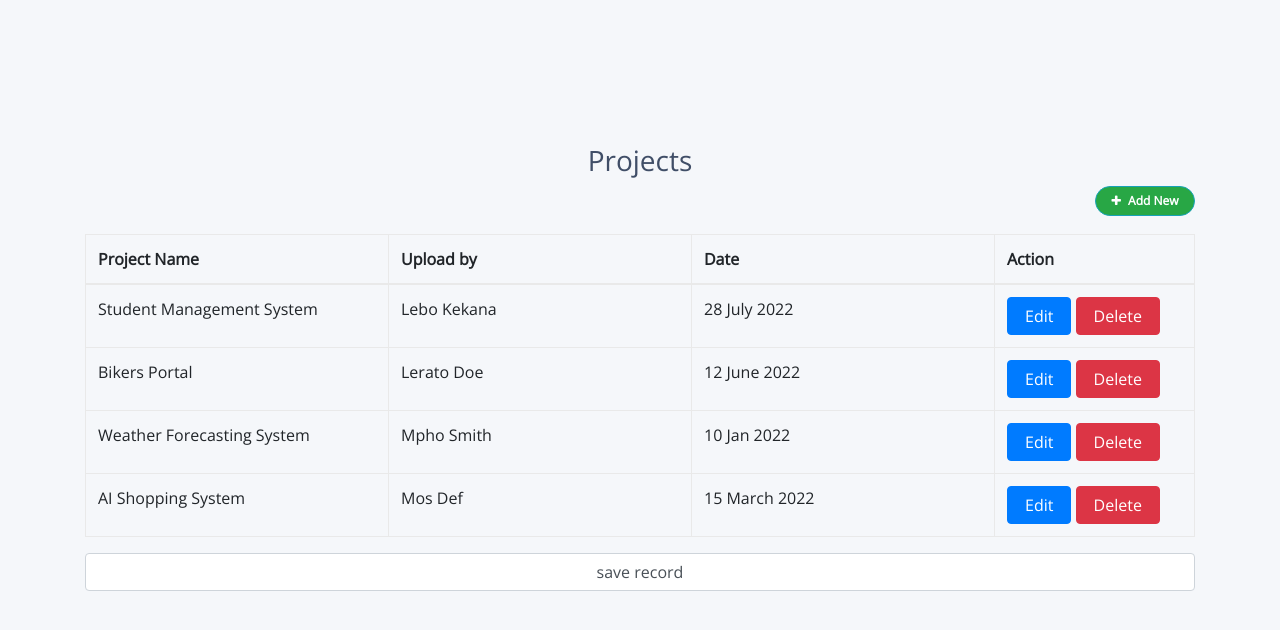
Repository: nkululeko-ndovela/Django_App
Page: Project/templates/index.html
An editor plug-in stored every save of this project. The page is shown before and after a run of saves, followed by the edit.
The browser window is 1280 px wide. The pictures show the whole page.
Some web fonts or font styles are not loaded; a fallback is used. The template is drawn by Django 3.2. The application's start-up code is not run. Other server files are loaded and not shown. The template is opened directly, without the code that normally fills it, so the values that code supplies are empty.

Above is the page before, as saved 2021-10-20 08:49:47.

### Project/templates/index.html
<!DOCTYPE html>
<html lang="en">
<head>
<meta charset="utf-8">
<meta name="viewport" content="width=device-width, initial-scale=1, shrink-to-fit=no">
<title>Projects</title>
<link rel="stylesheet" href="https://fonts.googleapis.com/css?family=Roboto|Varela+Round|Open+Sans">
<link rel="stylesheet" href="https://stackpath.bootstrapcdn.com/bootstrap/4.5.0/css/bootstrap.min.css">
<link rel="stylesheet" href="https://fonts.googleapis.com/icon?family=Material+Icons">
<link rel="stylesheet" href="https://maxcdn.bootstrapcdn.com/font-awesome/4.7.0/css/font-awesome.min.css">
<script src="https://code.jquery.com/jquery-3.5.1.min.js"></script>
<script src="https://cdn.jsdelivr.net/npm/popper.js@1.16.0/dist/umd/popper.min.js"></script>
<script src="https://stackpath.bootstrapcdn.com/bootstrap/4.5.0/js/bootstrap.min.js"></script>
<style>
body {
    color: #404E67;
    background: #F5F7FA;
    font-family: 'Open Sans', sans-serif;
}
h3 {
    text-align: center;
}

.table-title {
    padding-bottom: 10px;
    margin: 0 0 10px;
}
.table-title h2 {
    margin: 6px 0 0;
    font-size: 22px;
}
.table-title .add-new {
    float: right;
    height: 30px;
    font-weight: bold;
    font-size: 12px;
    text-shadow: none;
    min-width: 100px;
    border-radius: 50px;
    line-height: 13px;
}
.table-title .add-new i {
    margin-right: 4px;
}
table.table {
    table-layout: fixed;
}
table.table tr th, table.table tr td {
    border-color: #e9e9e9;
}
table.table th i {
    font-size: 13px;
    margin: 0 5px;
    cursor: pointer;
}
table.table th:last-child {
    width: 200px;
}
table.table td a {
    cursor: pointer;
    display: inline-block;
    margin: 0 5px;
    min-width: 16px;
}
table.table td a.add {
    color: #00ff73;
}
table.table td a.edit {
    color: #ffffff;
}
table.table td a.delete {
    color: #ffffff;
}
table.table td i {
    font-size: 16px;
}
table.table td a.add i {
    font-size: 24px;
    margin-right: -1px;
    position: relative;
    top: 3px;
}
table.table .form-control {
    height: 32px;
    line-height: 32px;
    box-shadow: none;
    border-radius: 2px;
}
table.table .form-control.error {
    border-color: #f50000;
}
table.table td .add {
    display: none;
}
</style>
<script>
$(document).ready(function(){
	$('[data-toggle="tooltip"]').tooltip();
	var actions = $("table td:last-child").html();

    $(".add-new").click(function(){
		$(this).attr("disabled", "disabled");
		var index = $("table tbody tr:last-child").index();
        var row = '<tr>' +
            '<td><input type="text" class="form-control" name="Project_Name" id="Project_Name"></td>' +
            '<td><input type="text" class="form-control" name="Upload_By" id="Upload_By"></td>' +
            '<td><input type="text" class="form-control" name="dated" id="dated"></td>' +
			'<td>' + actions + '</td>' +
        '</tr>';
    	$("table").append(row);
		$("table tbody tr").eq(index + 1).find(".add, .edit").toggle();
        $('[data-toggle="tooltip"]').tooltip();
    });
	$(document).on("click", ".add", function(){
		var empty = false;
		var input = $(this).parents("tr").find('input[type="text"]');
        input.each(function(){
			if(!$(this).val()){
				$(this).addClass("error");
				empty = true;
			} else{
                $(this).removeClass("error");
            }
		});
		$(this).parents("tr").find(".error").first().focus();
		if(!empty){
			input.each(function(){
				$(this).parent("td").html($(this).val());
			});
			$(this).parents("tr").find(".add, .edit").toggle();
			$(".add-new").removeAttr("disabled");
		}
    });

	$(document).on("click", ".edit", function(){
        $(this).parents("tr").find("td:not(:last-child)").each(function(){
			$(this).html('<input type="text" class="form-control" value="' + $(this).text() + '">');
		});
		$(this).parents("tr").find(".add, .edit").toggle();
		$(".add-new").attr("disabled", "disabled");
    });

	$(document).on("click", ".delete", function(){
        $(this).parents("tr").remove();
		$(".add-new").removeAttr("disabled");
    });
});
</script>
</head>
<body><br><br><br><br><br><br>
    <h3>Projects</h3>
<div class="container-lg">
    <div class="table-responsive">
            <div class="table-title">
                <div class="row">

                    <div class="col-sm-12">
                        <button type="button" class="btn btn-info add-new bg-success"><i class="fa fa-plus"></i> Add New</button>
                    </div><br><br>

            </div>
            <table class="table table-bordered">
                {% csrf_token %}
                <thead>
                    <tr>
                        <th>Project Name</th>
                        <th>Upload by</th>
                        <th>Date</th>
                        <th>Action</th>
                    </tr>
                </thead>
                <tbody>
                    <tr>
                        <td>Student Management System</td>
                        <td>Lebo Kekana</td>
                        <td>28 July 2022</td>
                        <td>
                            <a class="add" title="Add" data-toggle="tooltip">Add</a>
                            <button type="button" class="btn btn-primary"><a class="edit" title="Edit" data-toggle="tooltip">Edit</a></button>

                            <button type="button" class="btn btn-danger"><a class="delete" title="Delete" data-toggle="tooltip">Delete</a></button>
                        </td>
                    </tr>
                    <tr>
                        <td>Bikers Portal</td>
                        <td>Lerato Doe</td>
                        <td>12 June 2022</td>
                        <td>
                            <a class="add" title="Add" data-toggle="tooltip">Add</a>
                            <button type="button" class="btn btn-primary"><a class="edit" title="Edit" data-toggle="tooltip">Edit</a></button>

                            <button type="button" class="btn btn-danger"><a class="delete" title="Delete" data-toggle="tooltip">Delete</a></button>
                        </td>
                    </tr>
                    <tr>
                        <td>Weather Forecasting System</td>
                        <td>Mpho Smith</td>
                        <td>10 Jan 2022</td>
                        <td>
                            <a class="add" title="Add" data-toggle="tooltip">Add</a>
                            <button type="button" class="btn btn-primary"><a class="edit" title="Edit" data-toggle="tooltip">Edit</a></button>

                            <button type="button" class="btn btn-danger"><a class="delete" title="Delete" data-toggle="tooltip">Delete</a></button>
                        </td>
                    </tr>
                    <tr>
                        <td>AI Shopping System</td>
                        <td>Mos Def</td>
                        <td>15 March 2022</td>
                        <td>

                    <a class="add" title="Add" data-toggle="tooltip">Add</a>
                     <button type="button" class="btn btn-primary"><a class="edit" title="Edit" data-toggle="tooltip">Edit</a></button>
                      <button type="button" class="btn btn-danger"><a class="delete" title="Delete" data-toggle="tooltip">Delete</a></button>
                        </td>
                    </tr>
                </tbody>
            </table>
            <input type="submit" value = "save record" class="form-control"
        </div>
</div>
</div>
</body>
</html>

After the next 3 saves:
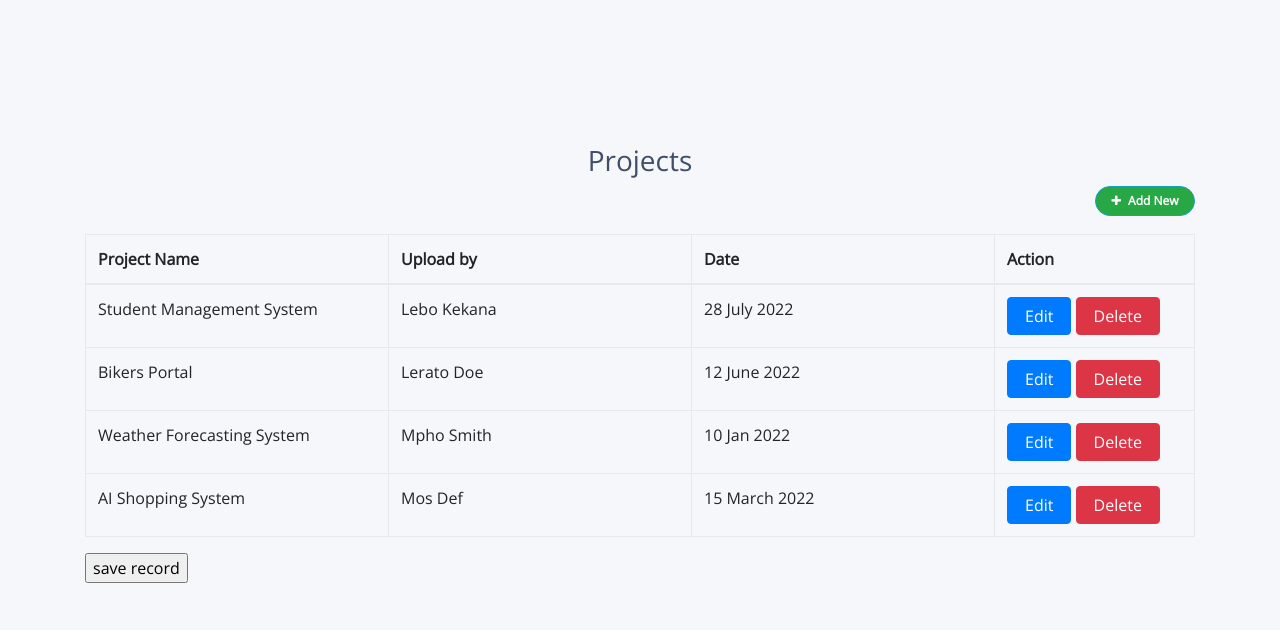
The 3 saves are shown as one change because they came seconds apart.
The last was saved 13 s later.
--- a/Project/templates/index.html
+++ b/Project/templates/index.html
@@ -216,7 +216,7 @@ $(document).ready(function(){
                     </tr>
                 </tbody>
             </table>
-            <input type="submit" value = "save record" class="form-control"
+            <input type="submit" value = "save record" clas
         </div>
 </div>
 </div>
